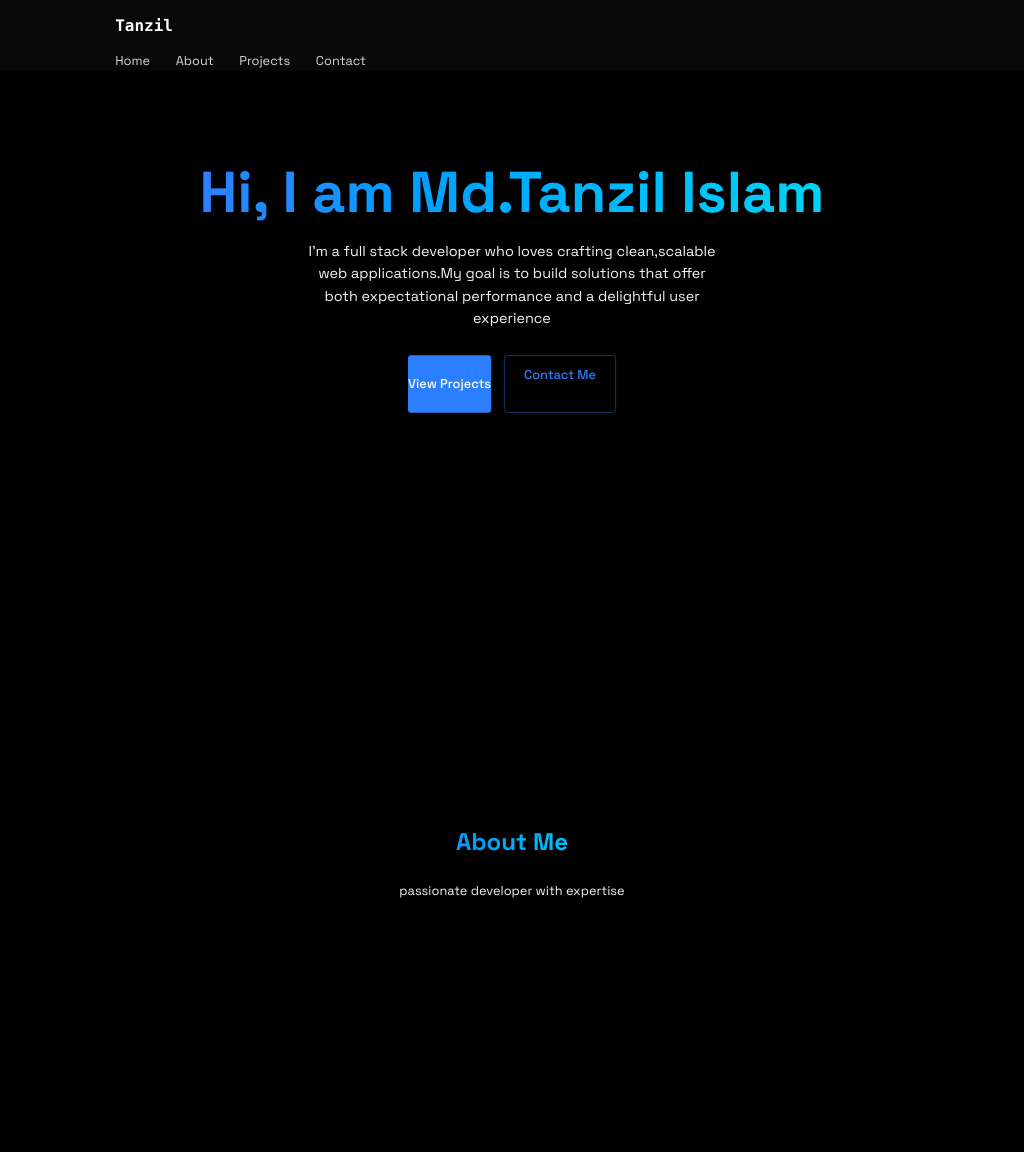
Repository: tanimtanzilislam/my_portfolio
Page: /
The author's editor kept a copy of each file at every save. The page is drawn from the files as they stood at one save, then again after the next save.
The browser window is 1280 px wide. The pictures show the whole page, at 80% of full size.
The project was rebuilt for these pictures with package versions that can differ from the ones it lists, and the page was loaded fresh each time. Also part of the build but not shown: vite.config.js.

Above is the page before, as saved 2025-05-10 13:15:15.

### index.html
<!doctype html>
<html lang="en">
  <head>
    <meta charset="UTF-8" />
    <link rel="icon" type="image/svg+xml" href="/vite.svg" />
    <link rel="preconnect" href="https://fonts.googleapis.com" />
    <link rel="preconnect" href="https://fonts.gstatic.com" crossorigin />
    <link
    href="https://fonts.googleapis.com/css2?family=Space+Grotesk:wght@400;500;600;700&family=jetBrains+Mono:wght"
    rel="stylesheet"/>
    <meta name="viewport" content="width=device-width, initial-scale=1.0" />
    <title>Vite + React</title>
  </head>
  <body>
    <div id="root"></div>
    <script type="module" src="/src/main.jsx"></script>
  </body>
</html>

### src/index.css
@import "tailwindcss";

html, body {
  margin: 0;
  padding: 0;
  font-family: "Space Grotesk", sans-serif;
  background: #f3f4f6;
}

@layer utilities {

  @keyframes blink{
    0%,100%{
      opacity:1;
    }
    50%{
      opacity:0;
    }
  }
  .animated-blink {
    animation: blink 0.8s step-end infinite;
  }
  @keyframes loading {
    0% {
      transform: translateX(-100%);
    }
    100% {
      transform: translateX(250%);
    }
  }

  .animate-loading-bar {
    animation: loading 0.8s ease infinite;
  }
}

### src/App.jsx
import React, { useState } from 'react';
import './App.css';
import './index.css';
import { LoadingScreen } from './components/LoadingScreen';
import { Navbar } from './components/Navbar';
import { MobileMenu } from './components/MobileMenu';
import { Home } from './components/sections/Home';
import { About } from './components/sections/About';
function App() {
  const [isLoaded, setIsLoaded] = useState(false);
  const [menuOpen, setMenuOpen] = useState(false);

  return (
    <>
      {
        !isLoaded && <LoadingScreen onComplete={() => setIsLoaded(true)} />
      }
      <div className={`min-h-screen transition-opacity duration-700 ${isLoaded ? "opacity-100" :"opacity-0" } bg-black text-gray-100`}>
        {/* Your other content goes here */}

        <Navbar menuOpen={menuOpen} setMenuOpen={setMenuOpen}/>
        <MobileMenu menuOpen={menuOpen} setMenuOpen={setMenuOpen}/>
  <Home />
  <About/>

      </div>
    </>
  );
}

export default App

### src/App.css
@import "tailwindcss";

html,body {
  margin:0;
  padding:0;
  font-family: "Space Grotesk" ,sans-serif;
  background:#0a0a0a;
  color: #f3f4f6;
}

### src/components/LoadingScreen.jsx
import React, { useState, useEffect } from "react";

export const LoadingScreen = ({ onComplete }) => {
  const [text, setText] = useState("");
  const fullText = "<Hello World />";

  useEffect(() => {
    let index = 0;
    const interval = setInterval(() => {
      setText(fullText.substring(0, index));
      index++;
      if (index > fullText.length) {
        clearInterval(interval);
        // ✅ টাইপিং শেষ হলে onComplete() চালাও
        onComplete();
      }
    }, 100);

    return () => clearInterval(interval);
  }, [onComplete]);

  return (
    <div className="fixed inset-0 z-50 bg-black text-gray-100 flex flex-col items-center justify-center">
      <div className="mb-4 text-4xl font-mono font-bold">
        {text}
        <span className="animated-blink ml-1">|</span>
      </div>

      <div className="w-[200px] h-[2px] bg-gray-800 rounded relative overflow-hidden">
        <div className="w-[40px] h-full bg-blue-500 shadow-[0_0_15px_#3b82f6] animate-loading-bar"></div>
      </div>
    </div>
  );
};

### src/components/Navbar.jsx
import { useEffect } from "react";

export const Navbar = ({ menuOpen, setMenuOpen }) => {
  useEffect(() => {
    document.body.style.overflow = menuOpen ? "hidden" : "";
  }, [menuOpen]);

  return (
    <nav className="fixed top-0 w-full z-40 bg-[rgba(10,10,10,0.8)] backdrop-blur-lg border-white/10 shadow-lg">
      <div className="max-w-5xl mx-auto px-4">
        <div className="flex justify-between items-center h-16">
          <a href="#home" className="font-mono text-xl font-bold text-white">
            Tanzil<span className="text-blue-500"></span>
          </a>
          <div
            className="w-7 h-5 relative cursor-pointer z-40 md:hidden"
            onClick={() => setMenuOpen((prev) => !prev)}
          >
            &#9776;
          </div>
        </div>

        <div className="hidden md:flex items-center space-x-8">
          <a href="#home" className="text-gray-300 hover:text-white transition-colors">Home</a>
          <a href="#about" className="text-gray-300 hover:text-white transition-colors">About</a>
          <a href="#projects" className="text-gray-300 hover:text-white transition-colors">Projects</a>
          <a href="#contact" className="text-gray-300 hover:text-white transition-colors">Contact</a>
        </div>
      </div>
    </nav>
  );
};

### src/components/MobileMenu.jsx
import { useEffect } from "react";

export const MobileMenu = ({ menuOpen, setMenuOpen }) => {
  return (
    <div
      className={`fixed top-0 left-0 w-full bg-[rgba(10,10,10,0.8)] z-40 flex flex-col items-center justify-center
      transition-all duration-300 ease-in-out
      ${menuOpen ? "h-screen opacity-100 pointer-events-auto" : "h-0 opacity-0 pointer-events-none"}`}
    >
      <button
        onClick={() => setMenuOpen(false)}
        className="absolute top-6 right-6 text-white text-3xl focus:outline-none cursor-pointer"
        aria-label="close Menu"
      >
        &times;
      </button>

      <a href="#home" onClick={() => setMenuOpen(false)} className={`text-2xl font-semibold text-white my-4 transform transition-transform duration-300
        ${menuOpen ? "opacity-100 translate-y-0" : ""}`}>Home</a>

      <a href="#about" onClick={() => setMenuOpen(false)} className={`text-2xl font-semibold text-white my-4 transform transition-transform duration-300
        ${menuOpen ? "opacity-100 translate-y-0" : ""}`}>About</a>

      <a href="#projects" onClick={() => setMenuOpen(false)} className={`text-2xl font-semibold text-white my-4 transform transition-transform duration-300
        ${menuOpen ? "opacity-100 translate-y-0" : ""}`}>Projects</a>

      <a href="#contact" onClick={() => setMenuOpen(false)} className={`text-2xl font-semibold text-white my-4 transform transition-transform duration-300
        ${menuOpen ? "opacity-100 translate-y-0" : ""}`}>Contact</a>
    </div>
  );
};

### src/components/sections/Home.jsx
export const Home =()=>{
    return <section id="home" className="min-h-screen flex items-center justify-center relative">
        <div className="text-center z-10 px-14">
            <h1 className="text-5xl md:text-7xl font-bold mb-6 bg-gradient-to-r from-blue-500 to-cyan-400 bg-clip-text text-transparent leading-right">Hi, I am Md.Tanzil Islam </h1>
                <p  className="tex-gray-400 text-lg mb-8 max-w-lg mx-auto">
                    I'm a full stack developer who loves crafting clean,scalable web applications.My goal is to build solutions that offer both expectational performance and a delightful user experience                </p>

           <div className="flex justify-center space-x-4">
            <a href="#projects " className="bg-blue-500 text-white py-3 py-6 rounded font-medium transition relative overflow-hidden hover:-translate-y-0.5 hover-shadow-[0_0_15px_rgba(59,130,246,0.4)]">
                View Projects
            </a>

            <a href="#contact " className="border border-blue-500/50 text-blue-500 py-3 px-6 rounded font-medium transition-all duration-200 hover:-translate-y-0.5 hover-shadow-[0_0_15px_rgba(59,130,246,0.4)]">
                Contact Me
            </a>
           </div>
        </div>
    </section>
}

### src/components/sections/About.jsx
export const About = () => {
    return (
      <section id="about" className="min-h-screen flex items-center justify-center py-20">
        <div className="max-w-3xl mx-auto px-4">
          <h2 className="text-3xl font-bold mb-8 bg-gradient-to-r from-blue-500 to-cyan-400 bg-clip-text text-transparent text-center">
            {" "}About Me
          </h2>
          <div>
            <p>
                passionate developer with expertise
            </p>
          </div>
        </div>
      </section>
    );
  };

Loaded but not shown: src/main.jsx (common file)

After the next save:
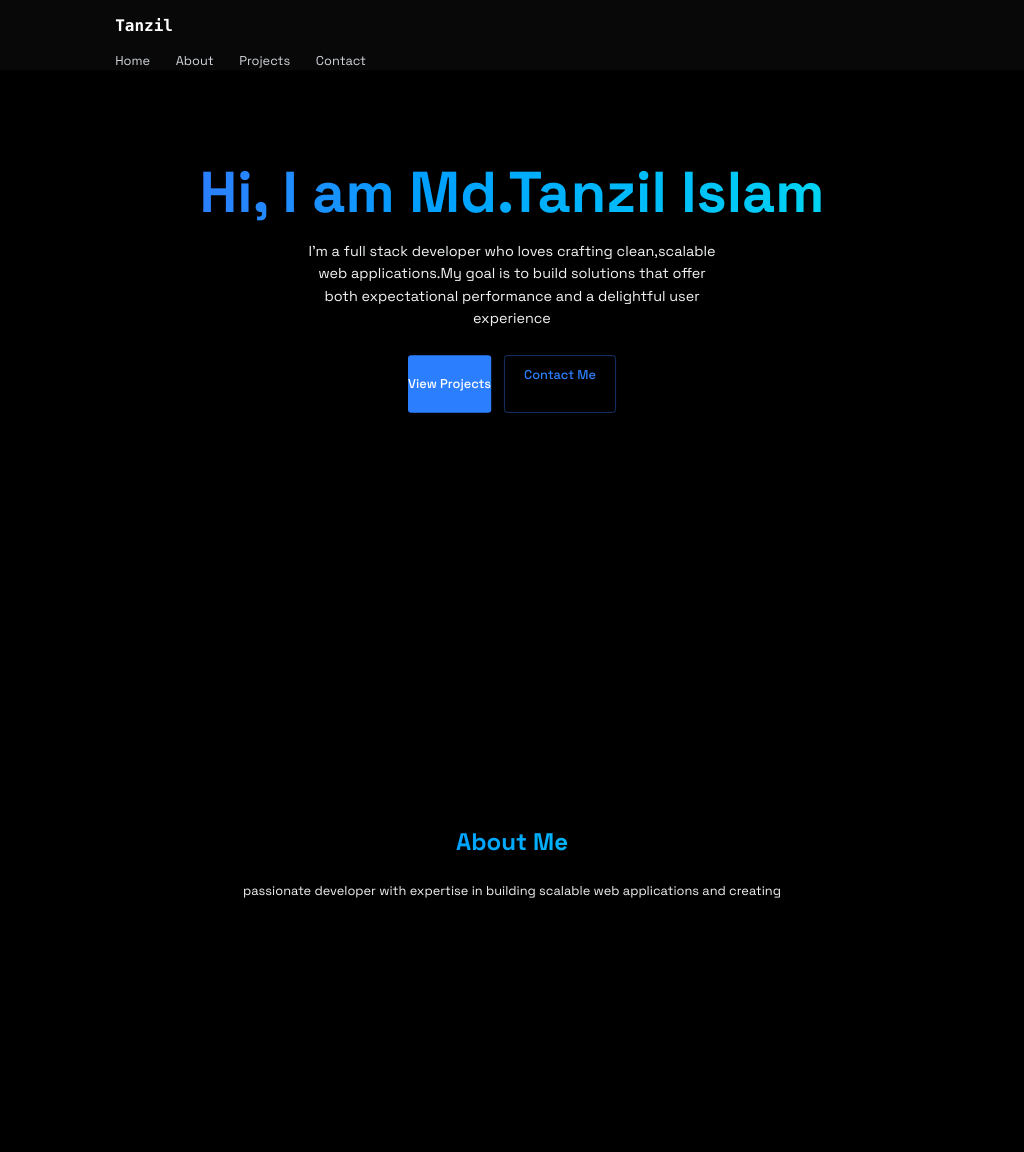
Saved 18 s later.
--- a/src/components/sections/About.jsx
+++ b/src/components/sections/About.jsx
@@ -7,7 +7,7 @@ export const About = () => {
           </h2>
           <div>
             <p>
-                passionate developer with expertise
+                passionate developer with expertise in building scalable web applications and creating
             </p>
           </div>
         </div>
